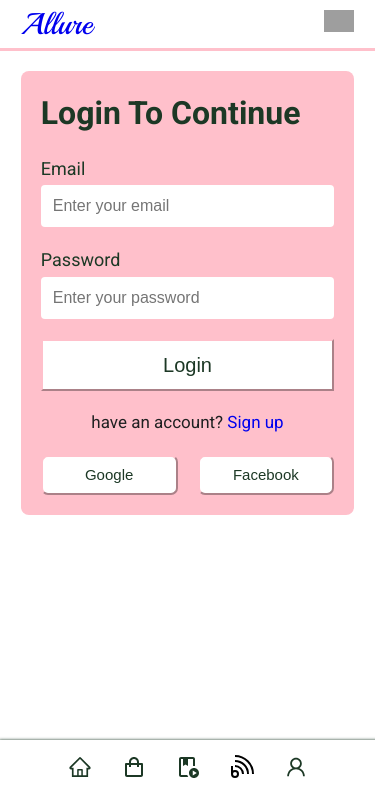
Repository: Benedict-Anthony/Allure-E-commerce-React-Js
Page: /login
An editor plug-in stored every save of this project. The page is shown before and after the next save, followed by the edit.
The browser window is 375 px wide. The pictures show the whole page.
Pictures or frames that could not be fetched are drawn as grey boxes. The page's requests for data from a server got no answer. The project was rebuilt for these pictures with package versions that can differ from the ones it lists, and the page was loaded fresh each time. No one was signed in, and anything a server would have sent is missing. Also part of the build but not shown: src/App.css, src/css/card.css, src/shared/Card.tsx, src/scripts/landing.ts, src/css/landing.css, src/components/Landing.tsx, src/css/courses.css, src/shared/Course.tsx and 23 more.

Above is the page before, as saved 2023-02-04 05:24:37.

### src/index.css
@import url('https://fonts.googleapis.com/css2?family=Great+Vibes&family=Playball&family=Roboto:wght@300;400;700&display=swap');


:root {
  --primary-color: pink;
  --secondary-color: #1c3825;
  --text-color: #1f2021;
  --basic: #fff;
  --fontSize: 18px;

}


*,
*::after,
*::before {
  padding: 0;
  margin: 0;
  box-sizing: border-box;
  line-height: 1.4em;
  transition: all .3s linear;
  list-style: none;
  text-decoration: none;
}

html {
  scroll-behavior: smooth;
}

body {
  width: 100%;
  background-color: var(--basic);
  color: var(--text-color);
  font-family: 'Roboto', sans-serif;
}

.container {
  padding: 0 1rem;
  overflow: hidden;
  height: auto;
}

.button {
  display: inline-block;
  padding: 10px 20px;
  color: var(--basic);
  margin-top: 20px;
  background-color: var(--secondary-color);
  border: 2px solid var(--fontSize);
  border-radius: 6px;
}

.flex {
  display: flex;
  justify-content: space-between;
  align-items: center;
}

.flex-center {
  justify-content: center;
}

.flex-row {
  flex-direction: column;
}


.swiper {
  width: 100%;
  height: 100%;
}

.swiper-slide {
  text-align: center;
}


.grid {
  display: grid;
  grid-template-columns: repeat(auto-fit, minmax(12rem, 2fr));
  justify-content: space-between;
  align-items: flex-start;
  gap: 20px;
}


.btn {
  display: inline-block;
  background-color: var(--text-color);
  color: var(--basic);
  font-size: 16px;
  font-family: inherit;
  margin-top: 10px;
  border: 1px solid var(--basic);
  padding: 10px 20px;
  border-radius: 8px;
}

.section {
  margin-top: 20px;
}

.togglebar,
.close {
  display: none;
}

.wrapper {
  max-width: 960px;
  margin: 0 auto;
}

.strike {
  text-decoration: line-through;
  color: var(--secondary-color);
  font-size: 10px;
}




@media(max-width:1024px) {
  /* .grid {
    grid-template-columns: repeat(3, 1fr);
  } */
}


@media(max-width:768px) {

  .container {
    padding: 0 1.3rem;
    overflow: hidden;
    height: auto;
  }

  /* .flex {
    flex-direction: column;
  } */

  /* .grid {
    grid-template-columns: repeat(2, 1fr);
  } */


  /* .togglebar,
  .close {
    display: block;
  } */
}

@media(max-width:500px) {

  /* .flex {
    display: grid;
    grid-template-columns: 1fr 1fr;
  } */

  .grid {
    grid-template-columns: 1fr 1fr;
  }
}

### src/App.tsx
import React from 'react';
import './App.css';
import { BrowserRouter, Routes, Route } from "react-router-dom"
import { ProductProvider } from './contexts/ProductContext';


import Home from './pages/Home';
import Shop from './pages/Shop';
import Header from './components/Header';
import { LessonProvider } from './contexts/LessonContext';
import Tutorials from './pages/Tutorials';
import ProductDetail from './pages/ProductDetail';
import CourseDetail from './pages/CourseDetail';
import Login from './pages/Login';
import SignIn from './pages/SignIn';
import Account from './pages/Account';
import ButtonNav from './components/ButtonNav';

function App() {
  return (
    <BrowserRouter>
      <LessonProvider>
        <ProductProvider>
          <Header />
          <Routes>
            <Route path={"/"} element={<Home />} />
            <Route path='/login' element={<Login />} />
            <Route path='/sign-in' element={<SignIn />} />
            <Route path='/account' element={<Account />} />
            <Route path={"/shop"} element={<Shop />} />
            <Route path={"/tutorials"} element={<Tutorials />} />
            <Route path={"/product/:slug"} element={<ProductDetail />} />
            <Route path={"/course/:slug"} element={<CourseDetail />} />
          </Routes>
          <ButtonNav />
        </ProductProvider>
      </LessonProvider>
    </BrowserRouter>
  );
}

export default App;

### src/contexts/ProductContext.tsx
import React from "react"
import { createContext,  useReducer, useEffect } from 'react';
import { childrenProps, ProductContextInterface } from "../types/contextTypes"
import { initialProductInterface } from "../types/reducerTypes"
import { productReducer } from "../reducers/productReducers";
import getData from "../utils/fetchFunc";
import { ProductType } from "../reducers/productReducers";
import { LessonType } from "../reducers/lessonReducer";


const ProductContext = createContext({} as ProductContextInterface)

export const ProductProvider = ({ children }: childrenProps) => {
    const initialState: initialProductInterface = {
        products: [],
        lessonAssets:[],
        product:{},
        isFetching: true,
        rltd:[]
    }
    const [state, dispatch] = useReducer(productReducer, initialState)
    const fetchProductData = async () => {
        const data = await getData("products")
        dispatch({type:ProductType.LOAD_PRODUCTS, payload:data})
    }

    const getSingleProduct = async (slug:number | string | undefined) => {
        const data = await getData("products", slug)
        const rltdData = await getData(`products/${slug}/category`)
        dispatch({type:ProductType.LOAD_PRODUCT_DETAIL, payload:data, others:rltdData})
    }

   const getLessonAssets = async (slug : string | undefined) => {
       const data = await getData(`lessons/${slug}/assets`)
       dispatch({type:LessonType.LOAD_LESSON_DETAIL_ASSETS, others:data})
   }

    useEffect(() => {
        fetchProductData()
    },[])
    return (

        <ProductContext.Provider value={{
            data: state,

            getSingleProduct,
            getLessonAssets,
        }}>
        {children}
    </ProductContext.Provider>
        )
}


export default ProductContext

### src/components/Header.tsx
import React, { useState } from 'react'
import { FaBars, FaTimes } from 'react-icons/fa'
import { Link } from 'react-router-dom'
import { Navigations } from '../scripts/topNavItems';
import cart from "../assets/cart.png";
import "../css/header.css"

const Header = () => {
  const [activeMenu, setActiveMenu] = useState(false)

  return (
    <header>
      <div className="container">
        <nav className="nav__items">
          <div className="logo">
            <Link to={"/"}>Allure</Link>
          </div>

          <ul className={`nav_links flex ${activeMenu && "active"} `}>
            {Navigations.map((item) => (
              <li key={item.id}>
                {item.page ? <Link to={`/${item.to}`}>{item.name}</Link> : <a href={`#${item.to}`}>{item.name}</a>}
              </li>
            ))}
            <FaTimes className="close" onClick={() => setActiveMenu(false)} />
          </ul>

          <ul className="nav_icons">

            <li><Link to={"login"}>Login</Link></li>
            <li><Link to={"sign-in"}>Sign Up</Link></li>
            <div className="cart">
              <img src={cart} alt="" />

            </div>
            <FaBars className="togglebar" onClick={() => setActiveMenu(true)} />
          </ul>
        </nav>
      </div>
    </header>
  )
}

export default Header

### src/contexts/LessonContext.tsx
import { createContext, useEffect, useReducer } from "react";
import lessonReducer from "../reducers/lessonReducer";
import { initialLessonInterface } from '../types/reducerTypes';
import { childrenProps, LessonContextInterface } from '../types/contextTypes';
import getData from "../utils/fetchFunc";
import { LessonType } from '../reducers/lessonReducer';
const LessonContext = createContext({} as LessonContextInterface)

export const LessonProvider = ({ children }: childrenProps) => {
    const initialState:initialLessonInterface = {
        lessons:[],
        count: 0,
        lesson:{}
    }

    const [state, dispatch] = useReducer(lessonReducer, initialState)

    async function fetchLessonData() {
        const data = await getData("lessons")
        dispatch({type:LessonType.LOAD_LESSONS, payload:data})
    }

    const getLessonDetails = async (slug:string |undefined) => {
        const data = await getData(`lessons/${slug}`)
        dispatch({ type:LessonType.LOAD_LESSON_DETAIL, payload:data})
    }

    useEffect(() => {
      fetchLessonData()
    },[])
    return (
        <LessonContext.Provider value={{
            data:state,
            getLessonDetails
            }}>
            {children}
        </LessonContext.Provider>
    )
}

export default LessonContext

### src/pages/Login.tsx
import React, { FormEvent } from 'react'
import { Link } from "react-router-dom"
import loginModel from "../assets/model.png";
import "../css/login.css"
import Button from '../shared/Button';
import useForm from "../hooks/useForm"


const Login = () => {
  const { handleAccount, reset, loginData } = useForm("")

  const handleSubmit = (e: FormEvent<HTMLFormElement>) => {
    e.preventDefault()
    console.log(loginData)
    reset()
  }
  return (
    <section className='container'>
      <main className="login">
        <form action="" className='form' onSubmit={handleSubmit}>
          <h3>Login to continue</h3>
          <div className="form-group">
            <label htmlFor="">Email</label>
            <input type="text" placeholder='Enter your email' name="email" onChange={handleAccount} />
          </div>
          <div className="form-group">
            <label htmlFor="">Password</label>
            <input type="password" placeholder='Enter your password' name='password' onChange={handleAccount} />
          </div>
          <Button type='submit'>Login</Button>
          <div className="login_or_sigh-up">
            have an account? <Link to={"/sign-in"}>Sign up</Link>
          </div>

          <div className='social'>
            <Button type='submit'>Google</Button>
            <Button type='submit'>Facebook</Button>
          </div>
        </form>
        <div className="model">
          <img src={loginModel} alt="" />
        </div>
      </main>

    </section>
  )
}

export default Login

### src/components/ButtonNav.tsx
import React from 'react'
import { AiOutlineHome, AiOutlineUser } from "react-icons/ai"
import { BiShoppingBag, BiLogIn } from "react-icons/bi"
import { MdOutlinePlayLesson } from "react-icons/md"
import { GrBlog } from "react-icons/gr"
import { Link } from 'react-router-dom'




const ButtonNav = () => {
    window.addEventListener("scroll", () => {
        if (window.scrollY) {
            document.querySelector(".nav__bottom")?.classList.add("active__nav")
        } else {
            document.querySelector(".nav__bottom")?.classList.remove("active__nav")

        }
    })
    return (
        <nav className="nav__bottom">
            <ul>
                <li><Link to={"/"}><AiOutlineHome /></Link></li>
                <li><Link to={"/shop"}><BiShoppingBag /></Link></li>
                <li><Link to={"/tutorials"}><MdOutlinePlayLesson /></Link></li>
                <li><Link to={"/blog"}><GrBlog /></Link></li>
                <li><Link to={"/account"}><AiOutlineUser /></Link></li>
            </ul>
        </nav>
    )
}

export default ButtonNav

### src/reducers/productReducers.tsx
import { actionInterface, initialProductInterface } from "../types/reducerTypes";
import { LessonType } from "./lessonReducer";
export const ProductType = {
    LOAD_PRODUCTS: "LOAD_PRODUCTS",
    LOAD_PRODUCT_DETAIL:"LOAD_PRODUCT_DATAIL"
}
export const productReducer = (state:initialProductInterface, action:actionInterface) => {
    switch (action.type) {
        case ProductType.LOAD_PRODUCTS:
            return {
                ...state,
                products: action.payload,
                isFetching:false,
            }
        case ProductType.LOAD_PRODUCT_DETAIL:
            return {
                ...state,
                product: action.payload,
                rltd:action.others
            }
        case LessonType.LOAD_LESSON_DETAIL_ASSETS:
            return {
                ...state,
                lessonAssets:action.others
            }
        default:
            return state
    }
}

### src/utils/fetchFunc.tsx
const getData = async (endpoint: string, slug?: number | string | null) => {
    if (slug) {
        const response = await fetch(`http://127.0.0.1:8000/api/${endpoint}/${slug}`)
        const data = await response.json()
        return data
    } else {
        const response = await fetch(`http://127.0.0.1:8000/api/${endpoint}/`)
        const data = await response.json()
        return data
    }

}


export default getData

### src/reducers/lessonReducer.tsx
import { initialLessonInterface, actionInterface } from '../types/reducerTypes';

export const LessonType = {
    LOAD_LESSONS: "LOAD_LESSONS",
    LOAD_LESSON_DETAIL:"LOAD_DETAILS",
    LOAD_LESSON_DETAIL_ASSETS:"LOAD_LESSON_DETAIL_ASSETS"
}

const lessionReducer = (state:initialLessonInterface, action:actionInterface) => {
    switch (action.type) {
        case LessonType.LOAD_LESSONS:
            return {
                ...state,
                lessons:action.payload,
                count:1
            }
        case LessonType.LOAD_LESSON_DETAIL:
            return {
                ...state,
                lesson:action.payload
            }

        default:
            return state
    }
}


export default lessionReducer

### src/scripts/topNavItems.ts
export const Navigations = [
    {
        id: 1,
        name: "home",
        to: "",
        page: true,
    },
    // {
    //     id: 2,
    //     name: "courses",
    //     to: "courses",
    //     page: false,

    // },
    // {
    //     id: 3,
    //     name: "arrivals ",
    //     to: "products",
    //     page: false,

    // },
    {
        id: 4,
        name: "shop",
        to: "shop",
        page: true,
    },

    {
        id: 5,
        name: "blog",
        to: "blog",
        page: true,

    },
    {
        id: 6,
        name: "tutorials",
        to: "tutorials",
        page: true,


    },
]


export const Courses = [
    {
        id: 1,
        name: "courses",
        count: 100
    },

    {
        id: 2,
        name: "student",
        count: 150
    },

    {
        id: 3,
        name: "experience Tutors",
        count: 100
    },

    {
        id: 4,
        name: "beauty project",
        count: 200
    },
]

### src/css/header.css
header {
    padding: 3px 0px;
    /* background-color: var(--primary-color); */
    border-bottom: 3px solid var(--primary-color);
    /* osition: fixed;
    top: 0;
    width: 100%;
    z-index: 10;p */
}

header nav {
    display: flex;
    justify-content: space-between;
    align-items: center;
}

header nav .logo {
    font-size: 30px;
    /* font-family: 'Great Vibes', cursive;
     */
    font-family: 'Playball', cursive;
}

header nav li {
    position: relative;
    margin: 0 10px;
}

header nav li::after {
    content: '';
    width: 0;
    height: 2px;
    background: linear-gradient(to right, var(--secondary-color), var(--primary-color));
    position: absolute;
    bottom: 0;
    left: 0;
}

header nav li:hover::after {
    width: 100%;
}

header nav ul li a {
    color: var(--text-color);
    font-size: var(--fontSize);
    text-transform: capitalize;
}

header .cart {
    width: 30px;
}

header .cart img {
    width: 100%;
}



.nav_icons {
    display: flex;
    align-items: center;
    justify-content: space-around;
    column-gap: 10px;
}



.nav_icons svg {
    color: var(--secondary-color);
    font-size: 20px;
    margin: 0 2px;
}


.nav__bottom {
    display: block;
    width: 100%;
    margin: auto;
    margin-top: 40px;
    position: fixed;
    bottom: 0;
    left: 100%;
    background-color: var(--basic);
    padding: 15px 0;
    box-shadow: 3px 4px 3px 4px var(--secondary-color);
}

.nav__bottom ul {
    display: flex;
    align-items: center;
    justify-content: center;
}

.nav__bottom ul li {
    margin: 0 15px;
}

.nav__bottom ul li svg {
    color: var(--secondary-color);
    font-size: 1.5rem;
    font-weight: 700;
}

@media(max-width:768px) {
    header nav .nav_links {
        position: absolute;
        top: -100vh;
        right: 0;
        width: 80%;
        background-color: var(--basic);
        border-left: 3px solid var(--primary-color);
        height: 100vh;
        z-index: 10;
        justify-content: flex-start;
        align-items: flex-start;
        gap: 25px;
        padding-left: 50px;
        padding-top: 50px;
        display: none;

    }

    .nav_icons li {
        display: none;
    }

    header nav .nav_links.active {
        top: 0;
    }

    .close {
        position: absolute;
        top: 7px;
        left: .6rem;
        font-weight: 100;
        font-size: 25px;
        color: var(--secondary-color);
    }

    .nav__bottom {
        left: 0;
    }

    .active__nav {
        bottom: -160px
    }

}

### src/shared/Button.tsx
import React from 'react'
import { ReactNode } from "react"

import "../css/button.css"
type ButtonProps = {
    children:ReactNode,
    type:"button" | "submit",
    hanldleOnclick?: () => void
}
const Button = ({children, type, hanldleOnclick}:ButtonProps) => {
  return (
    <button type={type} onClick={hanldleOnclick}> {children} </button>
  )
}

export default Button

### src/css/login.css
.login {
    display: flex;
    justify-content: space-between;
    align-items: center;
    /* margin-top: 20px; */
    column-gap: 20px;
}

.login :is(.form, .model) {
    width: 100%;
}

.login .form {
    background-color: var(--primary-color);
    border-radius: 8px;
    padding: 20px;
    width: 100%;
}

.login .form h3 {
    color: var(--secondary-color);
    font-size: 32px;
    text-transform: capitalize;
}

.w-50 {
    display: flex;
    column-gap: 20px;
}

.login .form .form-group {
    width: 100%;
    display: flex;
    align-items: flex-start;
    justify-content: flex-start;
    flex-direction: column;
    margin: 20px 0;
}

.login .form .form-group label {
    color: var(--secondary-color);
    font-size: 18px;
}

.login .form .form-group input {
    padding: 10px 12px;
    margin-top: 4px;
    border: 0;
    outline: 0;
    width: 100%;
    font-size: 16px;
    border-radius: 4px;
}

.login_or_sigh-up {
    text-align: left;
    margin-top: 20px;
    font-size: 17px;
    text-align: center;
}

.login .form .social {
    display: flex;
    justify-content: center;
    align-items: center;
    gap: 20px;
}

.login .form .social>div {
    margin-top: 20px;
}

.login .form .social button {
    height: 40px;
    padding: 5px 2px;
    font-weight: 300;
    font-size: 15px;
    display: inline;
    border-radius: 7px;
}




.login .form :is(button) {
    width: 100%;
    font-size: 20px;
}

.login .model img {
    width: 100%;
    max-height: 40rem;
    object-fit: cover;
    object-position: top;
}




@media(max-width:946px) {
    .login {
        display: flex;
        justify-content: center;
        align-items: center;
        margin-top: 20px;
    }

    .login .model {
        display: none;
    }
}

@media(max-width:480px) {
    .w-50 {
        flex-flow: column;
        gap: 0;
    }
}

### src/hooks/useForm.tsx
import { ChangeEvent, useState } from "react"

type createAccountType = {
    firstName: string
    lastName: string
    email: string
    password: string
    passwordcomfirm: string
}
const useForm = (value: string) => {
    const [createAccount, setCreateAccount] = useState<createAccountType>({
        firstName: value,
        lastName: value,
        email: value,
        password: value,
        passwordcomfirm: value

    })

    const reset = () => {
        setCreateAccount({
            firstName: value,
            lastName: value,
            email: value,
            password: value,
            passwordcomfirm: value
        })
    }
    const handleAccount = (event: ChangeEvent<HTMLInputElement>) => {
        setCreateAccount({ ...createAccount, [event.target.name]: event.target.value })
    }


    const loginData = { email: createAccount.email, password: createAccount.password }

    return { createAccount, handleAccount, reset, loginData }

}

export default useForm

### src/css/button.css
button {
    display: block;
    margin-top: 20px;
    padding: 10px 20px;
    color: var(--secondary-color);
    background-color: var(--basic);
    border: 2px outset var(--primary-color)
}

button:hover {
    transform: scale(.98);
    transition: .4s cubic-bezier(0.165, 0.84, 0.44, 1);
    cursor: pointer;
    /* z-index: 10; */
}

@media(max-width:700px) {
    button {
        width: 100%;
    }
}

Loaded but not shown: public/index.html (common file); src/index.tsx (common file)

After the next save:
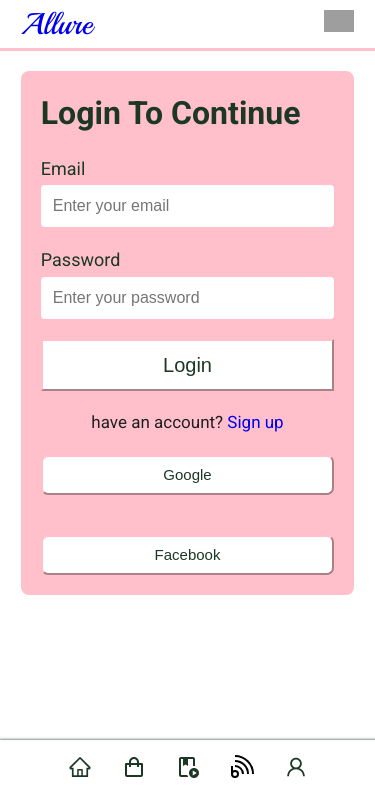
Saved 39 s later.
--- a/src/css/login.css
+++ b/src/css/login.css
@@ -115,4 +115,9 @@
         flex-flow: column;
         gap: 0;
     }
+
+    .login .form .social {
+        flex-direction: column;
+        gap: 20px;
+    }
 }
